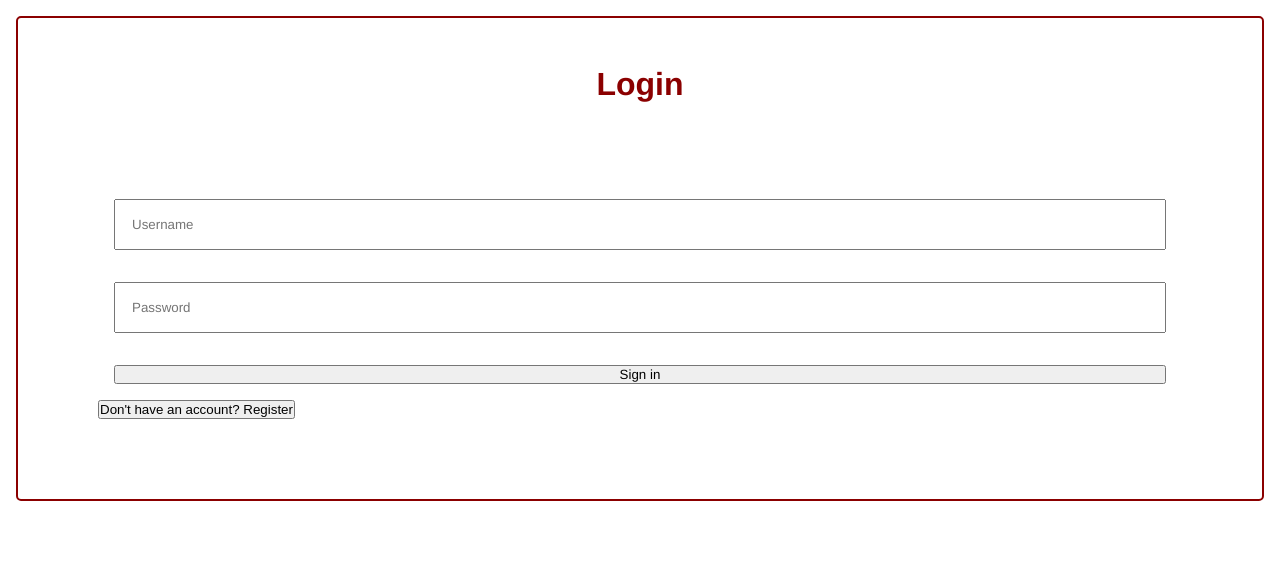
Repository: EricRobertCampbell/palaeo-fossil-classifier
Page: /login (app in palaeo-fossil-classifier/)
An editor plug-in stored every save of this project. The page is shown before and after the next save, followed by the edit.
The browser window is 1280 px wide. The pictures show the whole page.
The project was rebuilt for these pictures with package versions that can differ from the ones it lists, and the page was loaded fresh each time. The framework's server and built-in components were replaced by stand-ins that run in the browser. Also part of the build but not shown: palaeo-fossil-classifier/next.config.ts.

Above is the page before, as saved 2024-11-30 12:42:28.

### palaeo-fossil-classifier/app/login/page.tsx
import React from "react";
import styles from "./page.module.css";

export default function login() {
  return (
    <div className={styles.login}>
      <h1 className={styles.title}>Login</h1>
      <div className={styles.form}>
        <input
          className={styles.input}
          type="text"
          placeholder="Username"
          name="un"
        />
        <input
          className={styles.input}
          type="password"
          placeholder="Password"
          name="pw"
        />
        <button className={styles.button}> Sign in </button>
        <a href="#">
          {" "}
          <button> Don't have an account? Register </button>
        </a>
      </div>
    </div>
  );
}

### palaeo-fossil-classifier/app/globals.css
:root {
  --background: #ffffff;
  --foreground: #171717;
}

@media (prefers-color-scheme: dark) {
  :root {
    --background: #0a0a0a;
    --foreground: #ededed;
  }
}

html,
body {
  max-width: 100vw;
  overflow-x: hidden;
}

body {
  color: var(--foreground);
  background: var(--background);
  font-family: Helvetica;
  -webkit-font-smoothing: antialiased;
  -moz-osx-font-smoothing: grayscale;
}

* {
  box-sizing: border-box;
  padding: 0;
  margin: 0;
}

a {
  color: inherit;
  text-decoration: none;
}

@media (prefers-color-scheme: dark) {
  html {
    color-scheme: dark;
  }
}

### palaeo-fossil-classifier/app/login/page.module.css
.login{
    margin: 1rem;
    border: 2px solid #8b0000;
    border-radius: 5px;
    font-family: Helvetica;
}

.title{
    text-align: center;
    padding-top: 3rem;
    color: #8b0000;
    font-family: Helvetica;

}

.form{
    display: grid;
    align-items: center;
    padding: 5rem;
    font-family: Helvetica;

}

.button{
margin: 1rem;
font-family: Helvetica;

}
.input{
 padding: 1rem;
 margin: 1rem;
 font-family: Helvetica;

}

Loaded but not shown: palaeo-fossil-classifier/app/layout.tsx (common file)

After the next save:
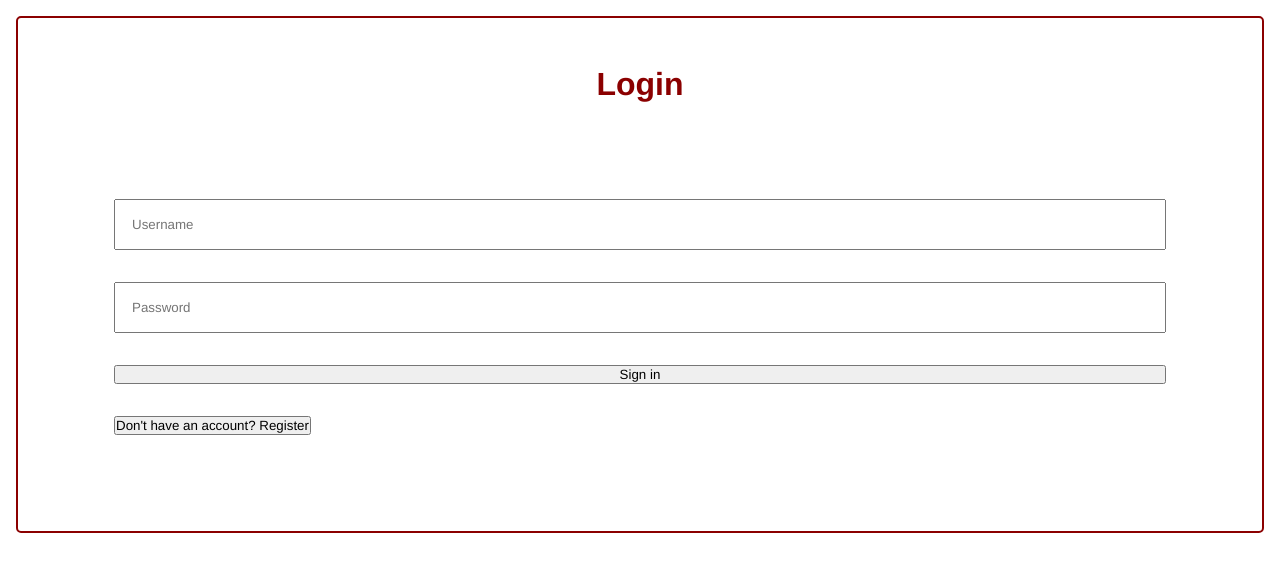
Saved 12 s later.
--- a/palaeo-fossil-classifier/app/login/page.tsx
+++ b/palaeo-fossil-classifier/app/login/page.tsx
@@ -21,7 +21,10 @@ export default function login() {
         <button className={styles.button}> Sign in </button>
         <a href="#">
           {" "}
-          <button> Don't have an account? Register </button>
+          <button className={styles.button}>
+            {" "}
+            Don't have an account? Register{" "}
+          </button>
         </a>
       </div>
     </div>
